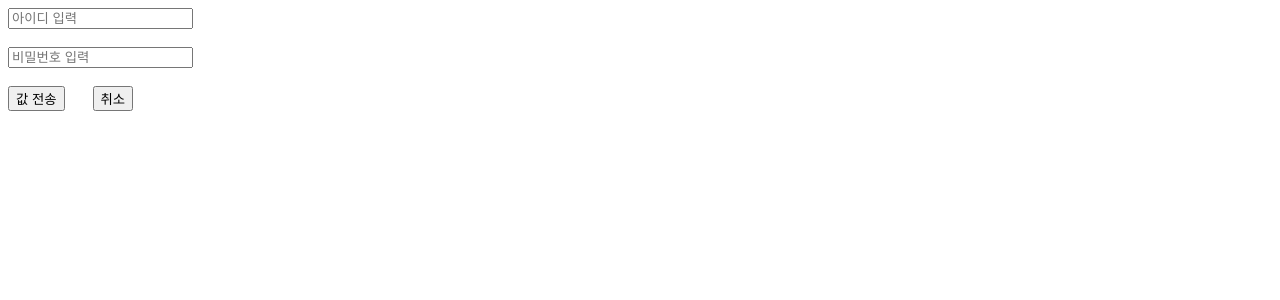
Repository: Show-And-Prove/jsp
Page: http://localhost/practice01/login.jsp
An editor plug-in stored every save of this project. The page is shown before and after the next save, followed by the edit.
The browser window is 1280 px wide. The pictures show the whole page.
The page is served by Tomcat 9.

Above is the page before, as saved 2022-10-14 05:36:53.

After the next save:
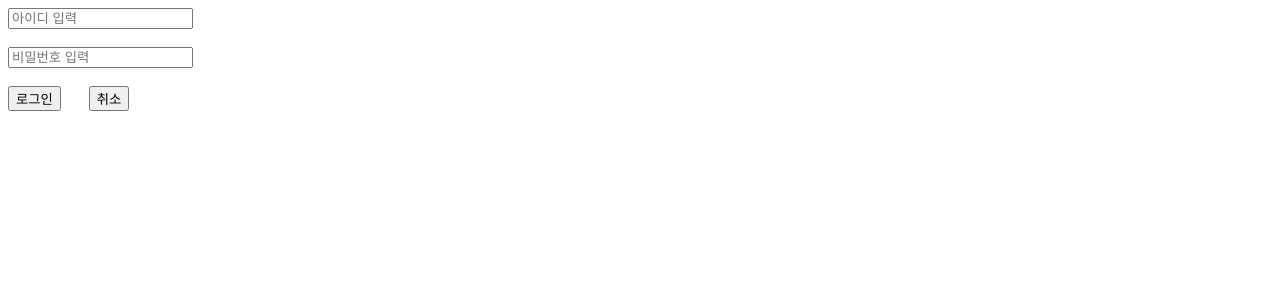
Saved 47 s later.
--- a/practice01/WebContent/login.jsp
+++ b/practice01/WebContent/login.jsp
@@ -10,7 +10,7 @@
 	<form action="loginPro.jsp" name="login_form" >
 		<input name="id" id="id" placeholder="아이디 입력"><br><br>
 		<input type="password" name="pw" id="pw" placeholder="비밀번호 입력"><br><br>
-		<input type="submit" value="값 전송"> &nbsp; &nbsp; &nbsp;
+		<input type="submit" value="로그인"> &nbsp; &nbsp; &nbsp;
 		<input type="reset" value="취소">
 	</form>
 </body>
